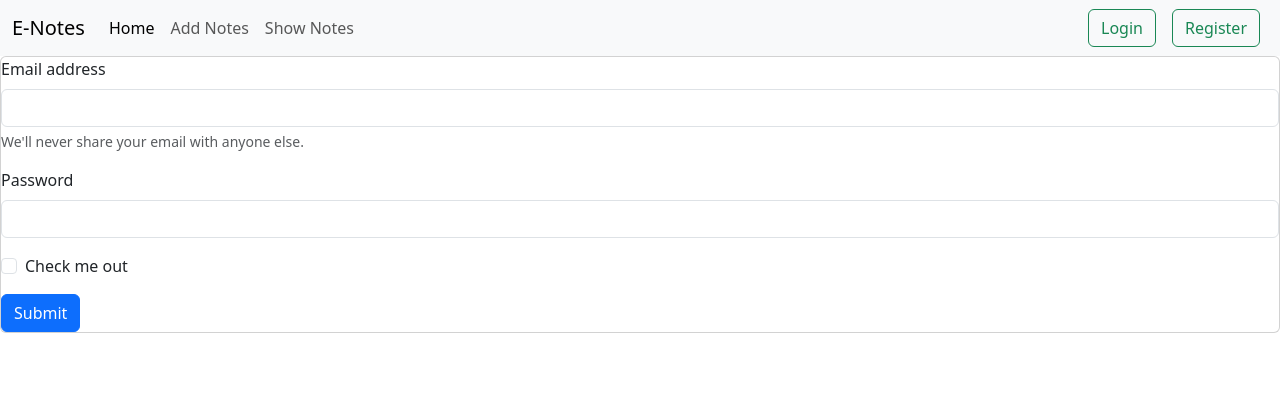
Repository: SandeepSharma2002/JavaProjects
Page: http://localhost/ENotes/LoginPage.jsp
These files come from the project's save history. The page is drawn as it stood at one moment and after the next save; the edit follows.
The browser window is 1280 px wide. The pictures show the whole page.
The page is served by Tomcat 9.

Above is the page before, as saved 2023-10-23 19:54:31.

After the next save:
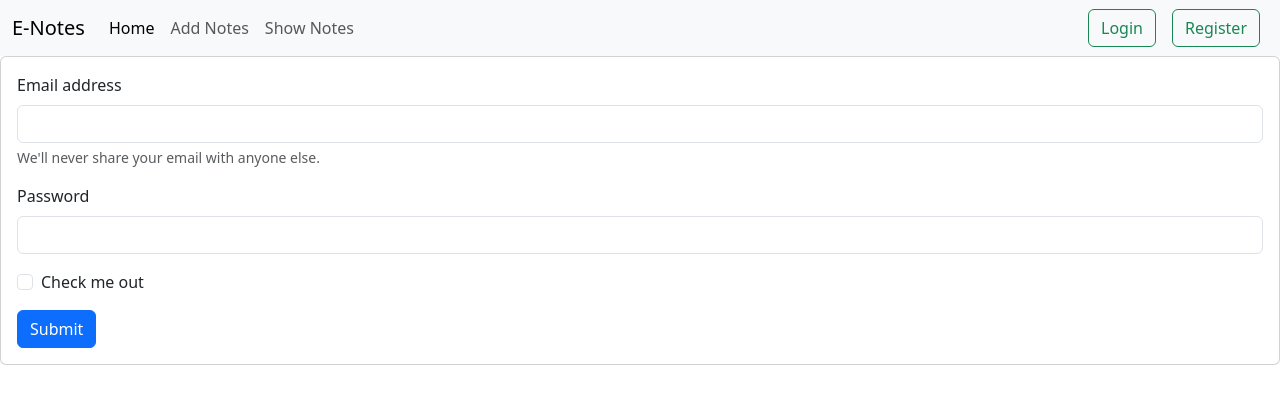
Saved 56 s later.
--- a/ENotes/src/main/webapp/LoginPage.jsp
+++ b/ENotes/src/main/webapp/LoginPage.jsp
@@ -10,6 +10,7 @@
 <body>
 	<%@include file="Components/Navbar.jsp"%>
 	<div class= "card">
+	<div class = "card-body">
 	<form>
 		<div class="mb-3">
 			<label for="exampleInputEmail1" class="form-label">Email
@@ -31,5 +32,6 @@
 		<button type="submit" class="btn btn-primary">Submit</button>
 	</form>
 	</div>
+	</div>
 </body>
 </html>
